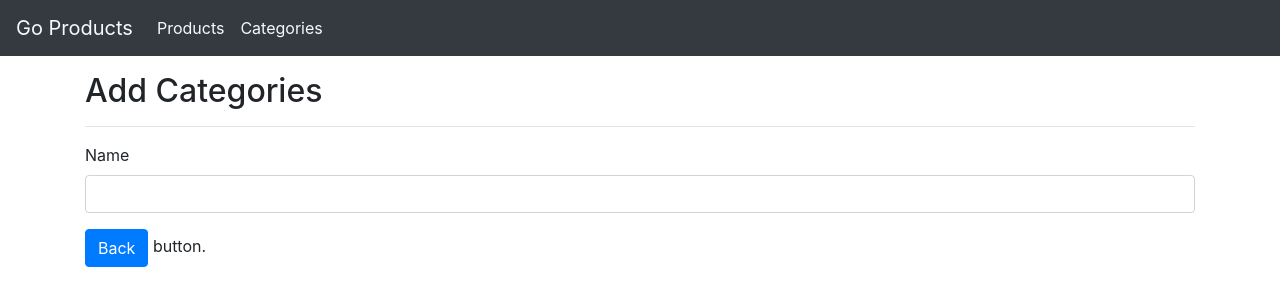
Repository: Nouthemoran/go-web-native-crud
Page: views/category/create.html
An editor plug-in stored every save of this project. The page is shown before and after a run of saves, followed by the edit.
The browser window is 1280 px wide. The pictures show the whole page.

Above is the page before, as saved 2023-10-05 16:00:25.

After the next 3 saves:
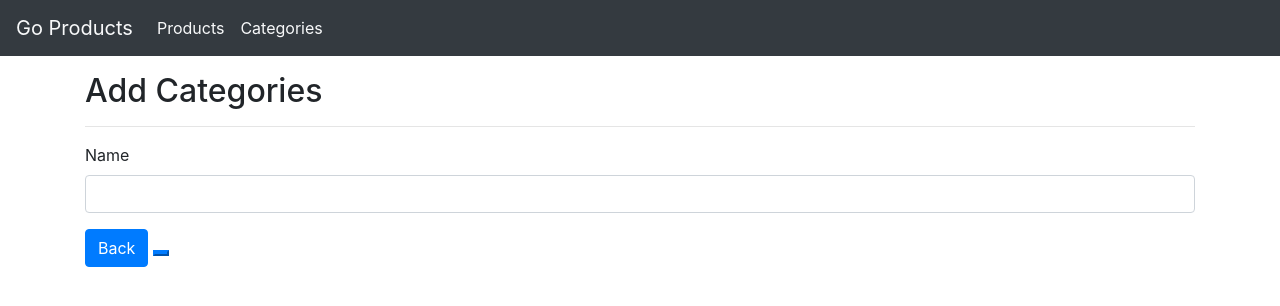
The 3 saves are shown as one change because they came seconds apart.
The last was saved 8 s later.
--- a/views/category/create.html
+++ b/views/category/create.html
@@ -42,7 +42,7 @@
               </div>
               <div class="float-end">
                 <a href="/categories" class="btn btn-primary">Back</a>
-                button.
+                <button class="btn-primary"></button>
               </div>
         </form>
     </div>
